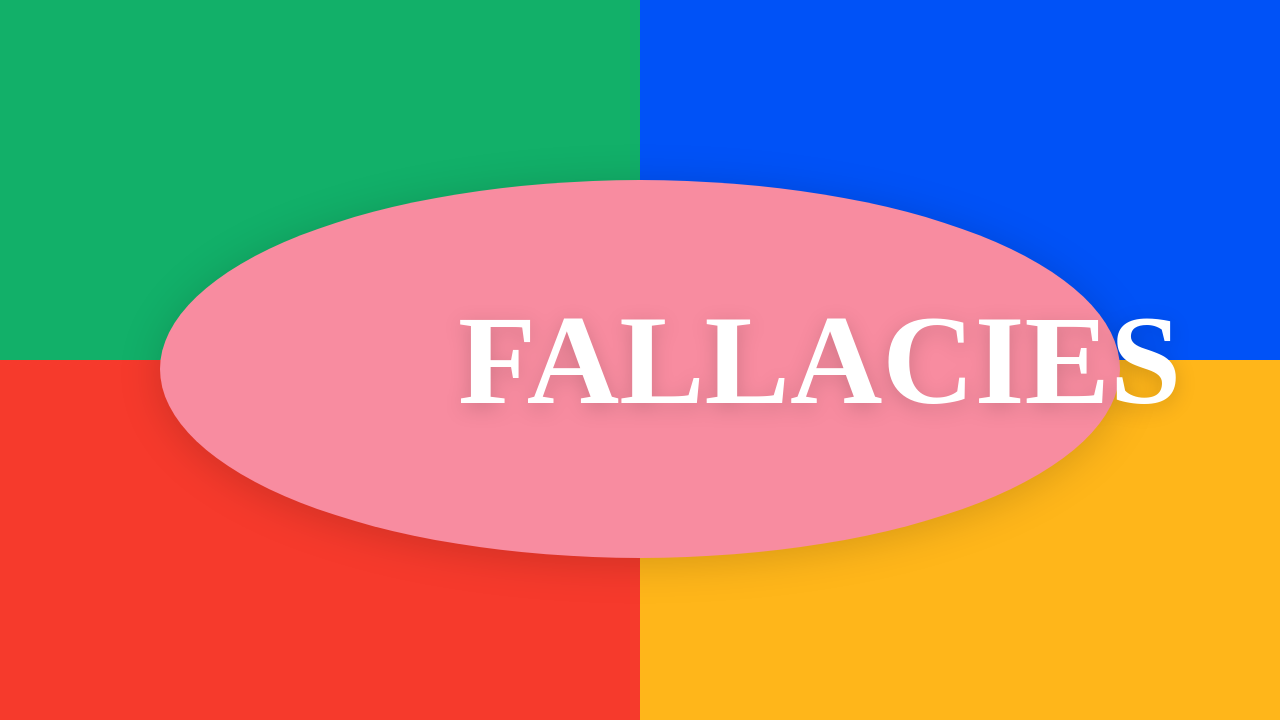
Repository: yafugray/fallacies
Page: project/Midterm project/index.html
An editor plug-in stored every save of this project. The page is shown before and after the next save, followed by the edit.
The browser window is 1280 px wide. The pictures show the whole page.

Above is the page before, as saved 2020-03-12 15:43:15.

### project/Midterm project/index.html
<!DOCTYPE html>
<html lang="en">
<head>
    <meta charset="UTF-8">
    <meta name="viewport" content="width=device-width, initial-scale=1.0">
    <title>Fallacies</title>
    <link href="app.css" rel="stylesheet">
</head>
<body>
    <div id="Mainpage">
        <div id="rec1"></div>
        <div id="rec2"></div>
        <div id="rec3"></div>
        <div id="rec4"></div>
        <div id="group1">
            <svg class="ellipse">
                <ellipse fill="rgba(248,140,160,1)" id="Ellipse_8" rx="75%" ry="75%" cx="50%" cy="75%">
                </ellipse>
            </svg>
            <div id="fallacies">
                <span>FALLACIES</span>
            </div>
        </div>
    </div>
</body>
</html>

### project/Midterm project/app.css
* {
    margin: 0;
    padding: 0;
    box-sizing: border-box;
    border: none;
}

#Mainpage {
    position: absolute;
    width: 100vw;
    height: 100vh;
    background-color: azure;
    overflow: hidden;
}
@keyframes fadein {

    0% {
        opacity: 0;
    }
    100% {
        opacity: 1;
    }

}

#rec1 {
	position: absolute;
	overflow: visible;
	width: 50vw;
	height: 50vh;
	left: 0px;
    top: 0px;
    background-color: rgba(18,176,105,1);
}
#rec4 {
	position: absolute;
	overflow: visible;
	width: 50vw;
	height: 50vh;
	left: 0px;
    bottom: 0px;
    background-color: rgba(246,58,44,1);
}
#rec2 {
	position: absolute;
	overflow: visible;
	width: 50vw;
	height: 50vh;
	right: 0px;
    top: 0px;
    background-color: rgba(0,82,247,1);
}
#rec3 {
	position: absolute;
	overflow: visible;
	width: 50vw;
	height: 50vh;
	right: 0px;
    bottom: 0px;
    background-color: rgba(255,182,26,1);
}

#group1 {
    position: absolute;
	width: 70vw;
	/* height: 35vh; */
    left: 25%;
    right: 25%;
    top: 25%;
    bottom: 25%;
	overflow: visible;
	--web-animation: fadein 0.3s ease-out;
	--web-action-type: page;
	--web-action-target: custom___2.html;
	cursor: pointer;
}

.ellipse {
    filter: drop-shadow(0px 5px 20px rgba(0, 0, 0, 0.161));
	position: absolute;
	overflow: visible;
	width: 50vw;
	height: 35vh;
    left: 0px;
    right:0px;
    top: 0px;
    bottom: 0px;
}

#fallacies {
    /* filter: drop-shadow(0px 5px 10px rgba(0, 0, 0, 0.161));
    font-family: TitlingGothicFB Narrow;
    font-style: normal;
    font-weight: bold;
    font-size: 10em;
    color: rgba(248,248,248,1);
    text-align: center;
	position: absolute;
    left: 50%;
    top: 50%;
    transform: translate( -50%, -50% ); */
    filter: drop-shadow(0px 5px 10px rgba(0, 0, 0, 0.161));
    font-family: TitlingGothicFB Narrow;
    font-style: normal;
    font-weight: bold;
    font-size: 8em;
    width: 50vw;
    padding: 5px 10px;
	color: white;
	text-align: center;
	position: absolute;
	top: 50%;
	left: 50%;
    transform: translate( -50%, -50% );

}

After the next save:
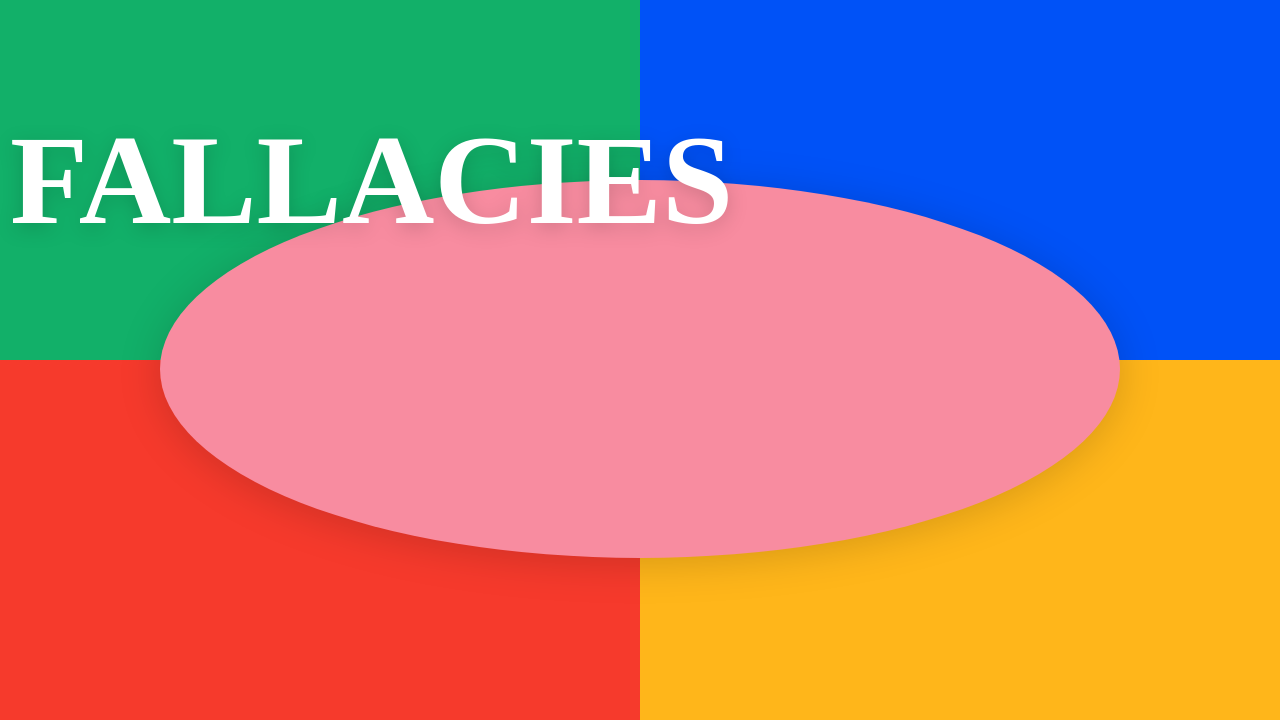
Saved 29 s later.
--- a/project/Midterm project/app.css
+++ b/project/Midterm project/app.css
@@ -108,9 +108,9 @@
     padding: 5px 10px;
 	color: white;
 	text-align: center;
-	position: absolute;
+	/* position: absolute;
 	top: 50%;
-	left: 50%;
+	left: 50%; */
     transform: translate( -50%, -50% );
 
 }

After the 3 saves that followed:
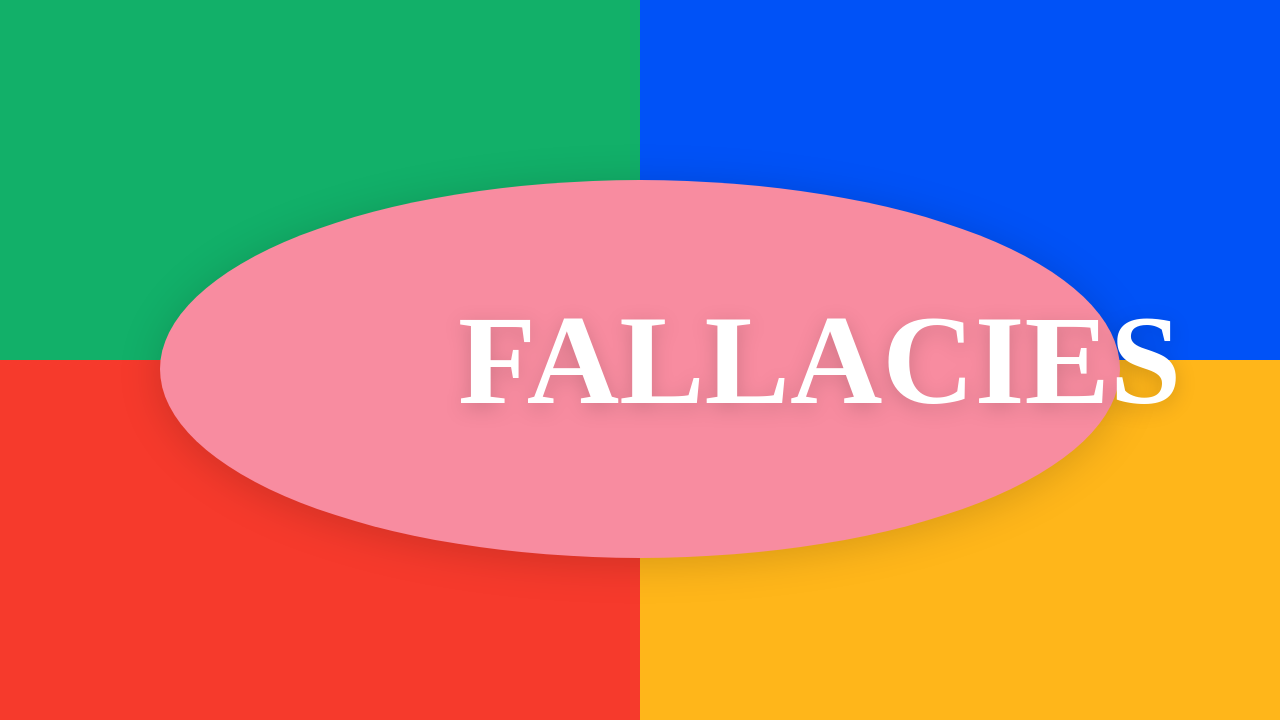
The 3 saves are shown as one change because 2 left the picture as it was.
The last was saved 31 s later.
--- a/project/Midterm project/app.css
+++ b/project/Midterm project/app.css
@@ -108,9 +108,9 @@
     padding: 5px 10px;
 	color: white;
 	text-align: center;
-	/* position: absolute;
+	position: relative;
 	top: 50%;
-	left: 50%; */
+	left: 50%;
     transform: translate( -50%, -50% );
 
 }
